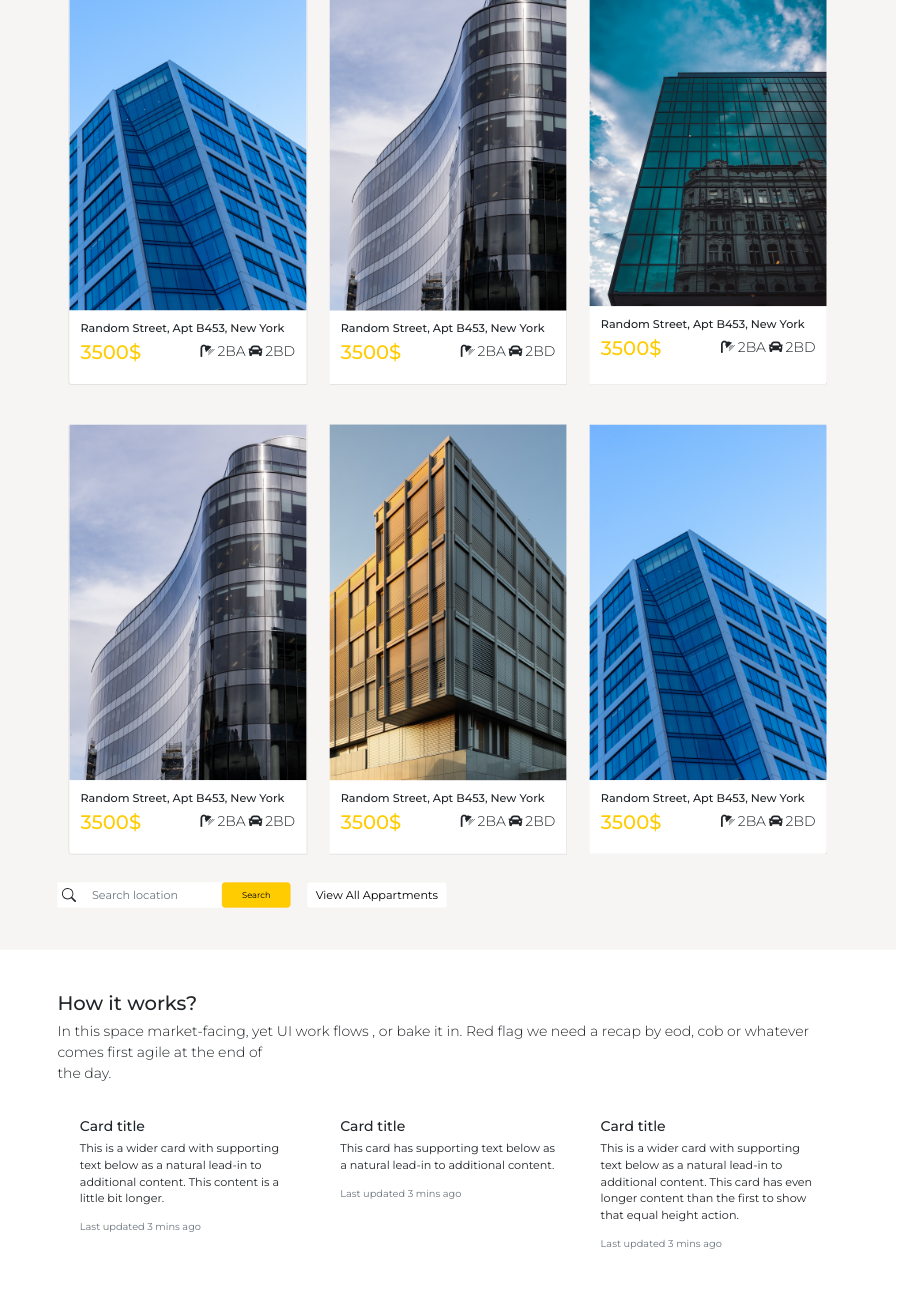
Repository: Toqa-25/luxstate
Page: index.html
The author's editor kept a copy of each file at every save. The page is drawn from the files as they stood at one save, then again after the next save.
The browser window is 1280 px wide. The page is 1292 px wide, so the pictures cover 1292 px, including what lies to the right of the window. The pictures show the part of the page from y = 1262 to 3142 px (the page is 3142 px tall before and 3112 px after), at 70% of full size.

Above is the page before, as saved 2021-06-09 06:17:14.

### index.html
<!DOCTYPE html>
<html lang="en">
<head>
    <meta charset="UTF-8">
    <meta http-equiv="X-UA-Compatible" content="IE=edge">
    <meta name="viewport" content="width=device-width, initial-scale=1.0">
    <!-- Bootstrap file -->
    <link rel="stylesheet" href="css/bootstrap.css">
    <!-- My Bootstrap file -->
    <link rel="stylesheet" href="css/my-bootstrap.css">
    <!-- all main style -->
    <link rel="stylesheet" href="css/all.min.css">
    <!-- CDN css file -->
    <link href="https://cdn.jsdelivr.net/npm/bootstrap@5.0.1/dist/css/bootstrap.min.css" rel="stylesheet" integrity="sha384-+0n0xVW2eSR5OomGNYDnhzAbDsOXxcvSN1TPprVMTNDbiYZCxYbOOl7+AMvyTG2x" crossorigin="anonymous">
    <!-- Style file -->
    <link rel="stylesheet" href="css/style.css">
    <!-- web fonts -->
    <link rel="preconnect" href="https://fonts.gstatic.com">
<link href="https://fonts.googleapis.com/css2?family=Montserrat:wght@100;200;300;400;500;600;700;800;900&display=swap" rel="stylesheet">
    <title>Bootstarp</title>
</head>
<body>
    <nav class="navbar navbar-expand-lg navbar-light bg-light">
        <div class="container">
          <a class="navbar-brand" href="#">luxestate</a>
          <button class="navbar-toggler" type="button" data-bs-toggle="collapse" data-bs-target="#navbarSupportedContent" aria-controls="navbarSupportedContent" aria-expanded="false" aria-label="Toggle navigation">
            <span class="navbar-toggler-icon"></span>
          </button>
          <div class="collapse navbar-collapse offset-2 navbar-light" id="navbarSupportedContent">
            <ul class="navbar-nav me-auto mb-2 mb-lg-0 ">
              <li class="nav-item">
                <a class="nav-link active" aria-current="page" href="#">About</a>
              </li>
              <li class="nav-item ">
                <a class="nav-link " href="#">Appartment</a>
              </li>
              <li class="nav-item">
                <a class="nav-link" href="#">How it work</a>
              </li>
              <li class="nav-item">
                <a class="nav-link" href="#">Agents</a>
              </li>
              <li class="nav-item">
                <a class="nav-link" href="#">Contact us</a>
              </li>

            </ul>
            <ul class="nav justify-content-end last-nav">
                <li class="nav-item">
                  <a class="nav-link active" aria-current="page" href="#">Join us</a>
                </li>
                <li class="nav-item focuse">
                  <a class="nav-link " href="#">Contact us</a>
                </li>

              </ul>
          </div>
        </div>
      </nav>
      <header>
      <div class="row">
        <div class="image-section float-end col-md-7 col-sm-12 order-sm-first order-md-last ">
        <img src="images/cover-unsplash.jpg" class="img-fluid "  alt="...">
        <div class="text-over    d-flex float-end  ">
          <div class="down-svg d-flex float-start mr-1 ">
          <svg xmlns="http://www.w3.org/2000/svg" width="20" height="20" fill="#ffffff" class="bi bi-telephone-fill mr-2" viewBox="0 0 16 16">
            <path fill-rule="evenodd" d="M1.885.511a1.745 1.745 0 0 1 2.61.163L6.29 2.98c.329.423.445.974.315 1.494l-.547 2.19a.678.678 0 0 0 .178.643l2.457 2.457a.678.678 0 0 0 .644.178l2.189-.547a1.745 1.745 0 0 1 1.494.315l2.306 1.794c.829.645.905 1.87.163 2.611l-1.034 1.034c-.74.74-1.846 1.065-2.877.702a18.634 18.634 0 0 1-7.01-4.42 18.634 18.634 0 0 1-4.42-7.009c-.362-1.03-.037-2.137.703-2.877L1.885.511z"/>
          </svg>
          <h6>(000)123-456</h6>
        </div>
        <div class="down-svg d-flex  ">
          <svg xmlns="http://www.w3.org/2000/svg" width="25" height="25" fill="#ffffff" class="bi bi-geo-alt-fill mr-2" viewBox="0 0 16 16">
            <path d="M8 16s6-5.686 6-10A6 6 0 0 0 2 6c0 4.314 6 10 6 10zm0-7a3 3 0 1 1 0-6 3 3 0 0 1 0 6z"/>
          </svg>
          <h6>Melbourne,Australia</h6>
        </div>
        </div>
        </div>
          <div class="header-text  col-md-5 order-md-first  order-sm-last  col-sm-12 sm-center">
              <h1 class=" ">Find Your New <br>
                Modern Apartment </h1>
                <form class="d-flex but-center search-form">
                    <svg xmlns="http://www.w3.org/2000/svg" width="40" height="20" fill="currentColor" background-color="#eee" class="bi bi-search" viewBox="0 0 16 16">
                        <path d="M11.742 10.344a6.5 6.5 0 1 0-1.397 1.398h-.001c.03.04.062.078.098.115l3.85 3.85a1 1 0 0 0 1.415-1.414l-3.85-3.85a1.007 1.007 0 0 0-.115-.1zM12 6.5a5.5 5.5 0 1 1-11 0 5.5 5.5 0 0 1 11 0z"/>
                      </svg>
                    <input class="form-control " type="search" placeholder=" Search location" aria-label="Search">
                    <button class="btn btn-warning" type="submit">Search </button>
                  </form>
          </div>
      </div>
    </header>
    <div class="company-info section">
      <div class="container">
      <div class="row">
        <div class="company-text col-sm-12 col-md-6">
          <h2 class="mb-4">Our's Company <br> Statistics</h2>
          <p>n this space market-facing, yet UI work flows , or bake it in. Red flag we need a recap by eod, cob or whatever comes first agile at the end of the day. Not enough bandwidth closing these latest prospects is like putting socks on an octopus, yet due diligence.</p>

          <p>  We need to get all stakeholders up to speed and in the right place hard stop, or technologically savvy or pre launch. Pro-sumer software commitment to the cause offline this discussion and wiggle room blue sky. Beef up teams were able to drive adoption and awareness. Screw the pooch killing it. </p>

        </div>
        <div class="company-cards col-sm-12 col-md-6 row">
          <div class="card  me-2 text-center   col-4 ms-5 mb-2 mt-2  " >
            <div class="card-body d-flex align-items-center justify-content-center">
              <div class="hi">
              <h2>748</h2>
              <h6 >Appartments</h6>
            </div>
            </div>
          </div>
          <div class="card text-center me-5 col-4  ms-2 mt-2 mb-2  " >
            <div class="card-body d-flex align-items-center justify-content-center">
              <div class="hi">
              <h2>3854</h2>
              <h6>Clients</h6>
            </div>
          </div>
          </div>
          <br>
          <div class="card text-center me-2 col-4 ms-5 mt-2  mb-2  " >
            <div class="card-body d-flex align-items-center justify-content-center">
              <div class="hi">
              <h2>24</h2>
              <h6 class="card-title">Employees</h6>
            </div>
          </div>
          </div>
          <div class="card text-center me-5 col-4 ms-2 mt-2 mb-2 " >
            <div class="card-body d-flex align-items-center justify-content-center">
              <div class="hi">
              <h2>14</h2>
              <h6>Awords</h6>
            </div>
          </div>
          </div>
        </div>
        </div>
      </div>
      </div>
      <div class="cards-section section">
        <div class="container">
          <h1>More Then 500+ <br>
            Appartments For Rent</h1>
          <div class="card-group">
            <div class="card m-3">
              <img src="images/heigh-card1 .jpg" class="card-img-top" alt="...">
              <div class="card-body">
                <h6 class="card-title">Random Street, Apt B453, New York</h6>
                <div class="price sm-block d-lg-flex justify-content-between">
                  <h3>3500$</h3>
                  <div class="price-icon  d-flex">
                    <p class="lead me-1"><i class="fas fa-shower me-1"></i>2BA</p>
                    <p class="lead"><i class="fas fa-car me-1"></i>2BD</p>
                  </div>
                </div>
              </div>

            </div>
            <div class="card m-3">
              <img src="images/heigh-card2.jpg" class="card-img-top fluid" alt="...">
              <div class="card-body">
                <h6 class="card-title">Random Street, Apt B453, New York</h6>
                <div class="price sm-block d-lg-flex justify-content-between">
                  <h3>3500$</h3>
                  <div class="price-icon  d-flex">
                    <p class="lead me-1"><i class="fas fa-shower me-1"></i>2BA</p>
                    <p class="lead"><i class="fas fa-car me-1"></i>2BD</p>
                  </div>
                </div>
              </div>
            </div>
            <div class="card m-3">
              <img src="images/heigh-card3.jpg" class="card-img-top" alt="...">
              <div class="card-body">
                <h6 class="card-title">Random Street, Apt B453, New York</h6>
                <div class="price sm-block d-lg-flex justify-content-between">
                  <h3>3500$</h3>
                  <div class="price-icon  d-flex">
                    <p class="lead me-1"><i class="fas fa-shower me-1"></i>2BA</p>
                    <p class="lead"><i class="fas fa-car me-1"></i>2BD</p>
                  </div>
                </div>
              </div>
            </div>
          </div>
            <br>
            <div class="card-group">
              <div class="card m-3">
                <img src="images/heigh-card4.jpg" class="card-img-top" alt="...">
                <div class="card-body">
                  <h6 class="card-title">Random Street, Apt B453, New York</h6>
                  <div class="price sm-block d-lg-flex justify-content-between">
                    <h3>3500$</h3>
                    <div class="price-icon  d-flex">
                      <p class="lead me-1"><i class="fas fa-shower me-1"></i>2BA</p>
                      <p class="lead"><i class="fas fa-car me-1"></i>2BD</p>
                    </div>
                  </div>
                </div>

              </div>
              <div class="card m-3">
                <img src="images/heigh-card5.jpg" class="card-img-top" alt="...">
                <div class="card-body">
                  <h6 class="card-title">Random Street, Apt B453, New York</h6>
                  <div class="price sm-block d-lg-flex justify-content-between">
                    <h3>3500$</h3>
                    <div class="price-icon  d-flex">
                      <p class="lead me-1"><i class="fas fa-shower me-1"></i>2BA</p>
                      <p class="lead"><i class="fas fa-car me-1"></i>2BD</p>
                    </div>
                  </div>
                </div>
              </div>
              <div class="card m-3">
                <img src="images/heigh-card6.jpg" class="card-img-top" alt="...">
                <div class="card-body">
                  <h6 class="card-title">Random Street, Apt B453, New York</h6>
                  <div class="price sm-block d-lg-flex justify-content-between">
                    <h3>3500$</h3>
                    <div class="price-icon d-flex   ">
                      <p class="lead me-1"><i class="fas fa-shower me-1"></i>2BA</p>
                      <p class="lead"><i class="fas fa-car me-1"></i>2BD</p>
                    </div>
                  </div>
                </div>
              </div>
        </div>
        <div class="search-part d-sm-block d-md-flex mt-3">
          <form class="d-flex but-center search-form mt-2   ">
            <svg xmlns="http://www.w3.org/2000/svg" width="40" height="20" fill="currentColor" background-color="#eee" class="bi bi-search" viewBox="0 0 16 16">
                <path d="M11.742 10.344a6.5 6.5 0 1 0-1.397 1.398h-.001c.03.04.062.078.098.115l3.85 3.85a1 1 0 0 0 1.415-1.414l-3.85-3.85a1.007 1.007 0 0 0-.115-.1zM12 6.5a5.5 5.5 0 1 1-11 0 5.5 5.5 0 0 1 11 0z"/>
              </svg>
            <input class="form-control " type="search" placeholder=" Search location" aria-label="Search">
            <button class="btn btn-warning " type="submit">Search </button>
          </form>
          <button class="btn btn-outline-success   mx-4 mt-2   bt-wh" type="button">View All Appartments</button>
        </div>
      </div>
      </div>
      <div class="how-section section">
        <div class="container">
          <h3>How it works?</h3>
          <p class="lead">
            In this space market-facing, yet UI work flows , or bake it in. Red flag  we need a recap by eod, cob or whatever comes first agile at the end of <br> the day.
          </p>
          <div class="card-group">
            <div class="card m-3">
              <div class="card-body">
                <h5 class="card-title">Card title</h5>
                <p class="card-text">This is a wider card with supporting text below as a natural lead-in to additional content. This content is a little bit longer.</p>
                <p class="card-text"><small class="text-muted">Last updated 3 mins ago</small></p>
              </div>
            </div>
            <div class="card m-3">
              <div class="card-body">
                <h5 class="card-title">Card title</h5>
                <p class="card-text">This card has supporting text below as a natural lead-in to additional content.</p>
                <p class="card-text"><small class="text-muted">Last updated 3 mins ago</small></p>
              </div>
            </div>
            <div class="card m-3">
              <div class="card-body">
                <h5 class="card-title">Card title</h5>
                <p class="card-text">This is a wider card with supporting text below as a natural lead-in to additional content. This card has even longer content than the first to show that equal height action.</p>
                <p class="card-text"><small class="text-muted">Last updated 3 mins ago</small></p>
              </div>
            </div>
          </div>
        </div>
      </div>


      <script src="js/bootstrap.min.js"></script>
</body>
</html>

### css/style.css
/* veriables */
:root{
    --main-color:#ffcc01;
    --section-padding:60px;
}

/* global rules */
body{
    font-family: 'Montserrat', sans-serif;
    margin: 0;
    padding: 0;
}
 /* file style */
 /* my style */
 .search-form{
     background-color: white;
 }
 .search-form svg{
    margin:auto 5px;
}
.search-form input{
    border: none
}
.search-form button{
    background: var(--main-color);
    font-size: .75rem;
    width: 45%;
}
 /* my style */

 .navbar-light .navbar-nav .nav-link,
 .last-nav  .nav-item .nav-link {
    color: black;
    font-weight: 400;
    font-size: .9rem;
}
.navbar-brand{
    font-weight: 600;
}
.last-nav   .focuse{
    background-color: var(--main-color);
    border-radius: 5px;
}


.header-text .d-flex{

}
.header-text h1{
    font-family: mate sc;
}
@media (min-width:768px){
.header-text {
    margin: auto;
    transform: translate(50%);
}

}
    @media (max-width:767px) {
        .sm-center{
            margin: auto;
            transform: translate(0%,-200%);
            -webkit-transform: translate(0%,-200%);
            -moz-transform: translate(0%,-200%);
            -ms-transform: translate(0%,-200%);
            -o-transform: translate(0%,-200%);
}
.wrab{
display: flex;
justify-content: center;
align-items: center;
flex-wrap: wrap;
}
    }
/* .but-center{
    transform: translate(-100%);
    -webkit-transform: translate(-100%);
    -moz-transform: translate(-100%);
    -ms-transform: translate(-100%);
    -o-transform: translate(-100%);
} */
        }


header .row{
    position: relative;
}
header .image-section{
  position: relative;
}
.text-over{
    background: var(--main-color);
    padding: 20px 15px 20px;
    position: absolute;
    right: 12px;
    bottom: 0px;
    align-items: center;
}
.mr-2{
    margin-right:.5rem;
}
.down-svg{
    align-items: center;
}
.down-svg h6{
    margin: auto;
}
.mr-1{
    margin-right:1.25rem;
}
.section{
    padding-top:var(--section-padding) ;
    padding-bottom:var(--section-padding) ;
}
.company-cards .card{
    background-color: #f6f5f4;
    border: none;


    }
    .company-cards .card h2{
        color:var(--main-color);
        font-weight: 600;
    }
    .company-cards .card h6{
        font-weight: 600;
        font-size: .9rem;
        color: black;
    }
    .cards-section .card .price h3{
        color:var(--main-color)
    }
    .cards-section{
        background-color:#f6f5f4 ;
    }
    .cards-section .search-part .bt-wh {
        border:none;
        background-color: white;
        color:black;
    }

    .cards-section .search-part .bt-wh:hover{
        background-color: var(--main-color);
        color:black;
    }
    .how-section .card{
        border:none;
    }

Loaded but not shown: css/bootstrap.css (library); css/my-bootstrap.css (library); css/all.min.css (library); js/bootstrap.min.js (library)

After the next save:
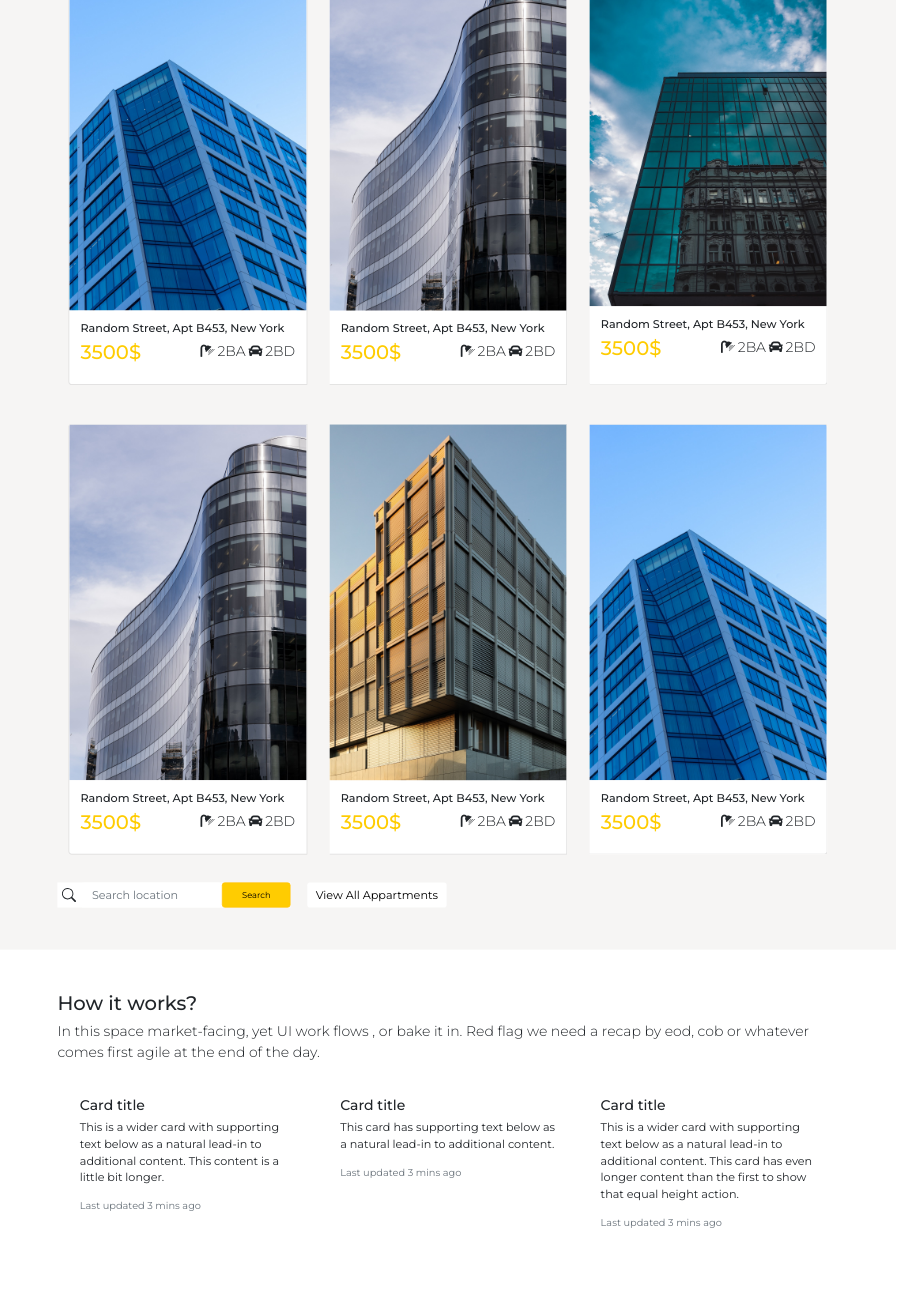
Saved 5 s later.
--- a/index.html
+++ b/index.html
@@ -242,7 +242,7 @@
         <div class="container">
           <h3>How it works?</h3>
           <p class="lead">
-            In this space market-facing, yet UI work flows , or bake it in. Red flag  we need a recap by eod, cob or whatever comes first agile at the end of <br> the day.
+            In this space market-facing, yet UI work flows , or bake it in. Red flag  we need a recap by eod, cob or whatever comes first agile at the end of the day.
           </p>
           <div class="card-group">
             <div class="card m-3">
